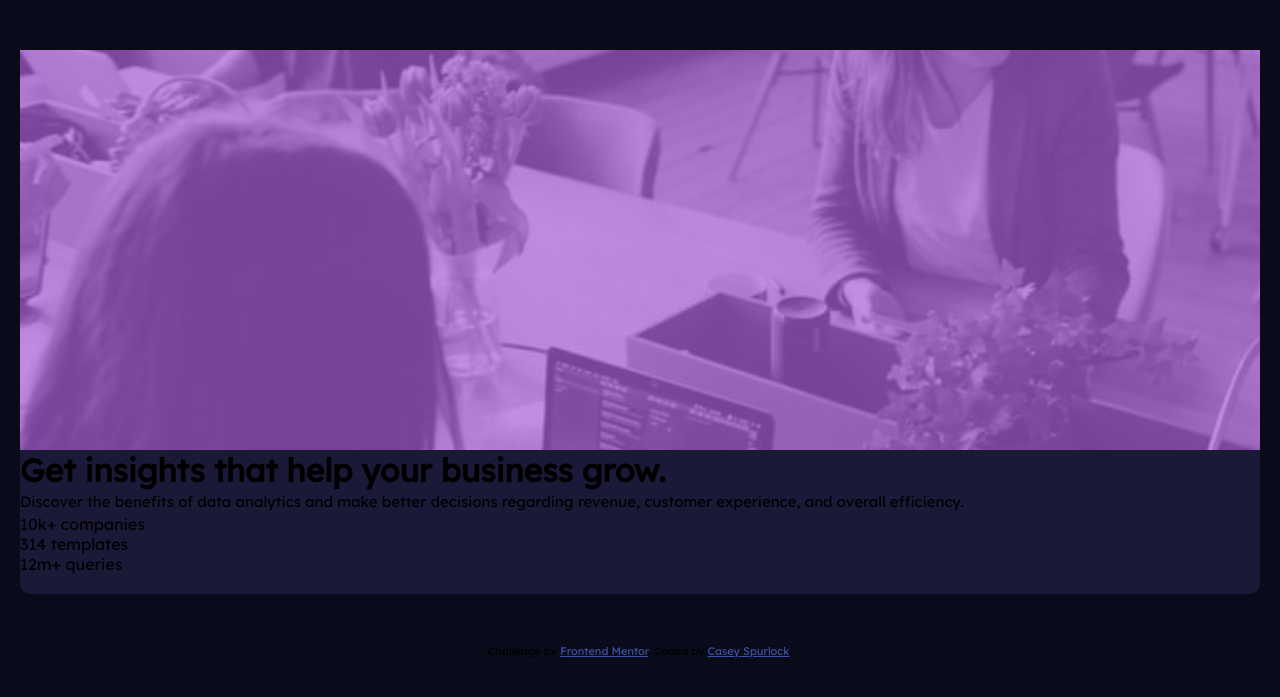
Repository: CaseySpurlock/stats-prewiew-component
Page: index.html
The author's editor kept a copy of each file at every save. The page is drawn from the files as they stood at one save, then again after the next save.
The browser window is 1280 px wide. The pictures show the whole page.

Above is the page before, as saved 2021-06-22 01:15:28.

After the next save:
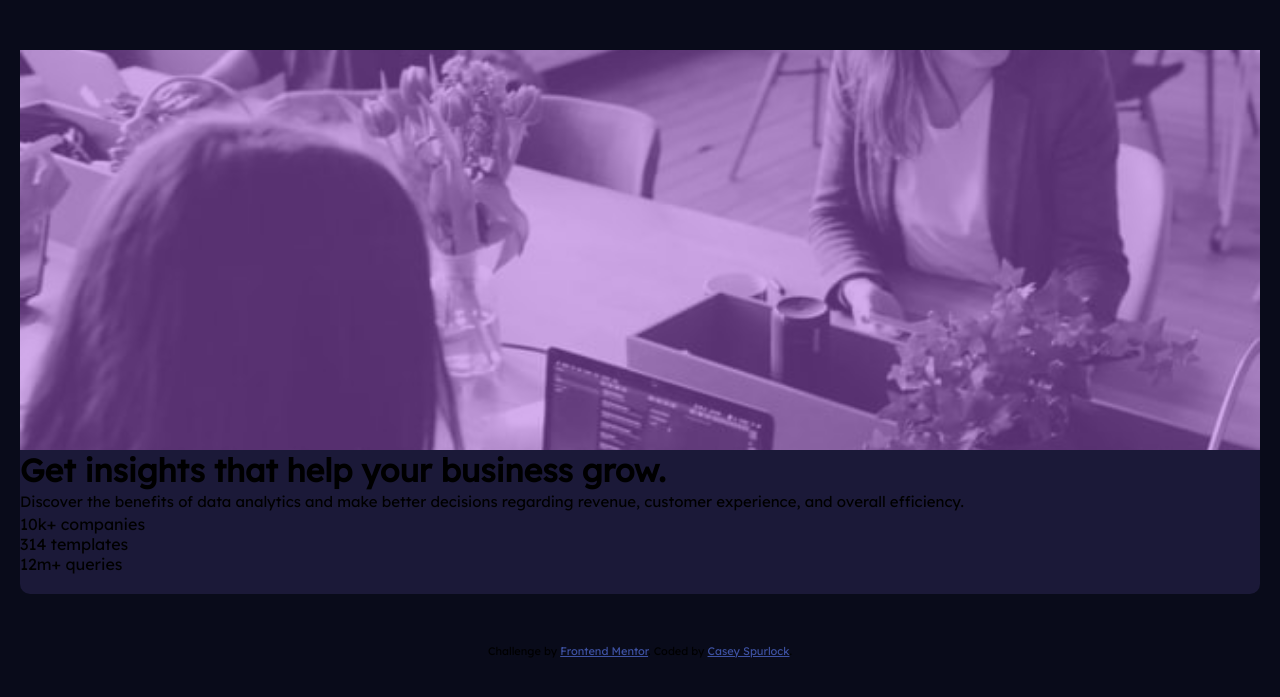
Saved 5 s later.
--- a/styles.css
+++ b/styles.css
@@ -45,7 +45,7 @@
 }
 
 .container .picture .overlay {
-    background-color: hsla(277, 64%, 61%, .7);
+    background-color: hsla(277, 64%, 61%, .5);
     height: 400px;
 }
 

After the save that followed:
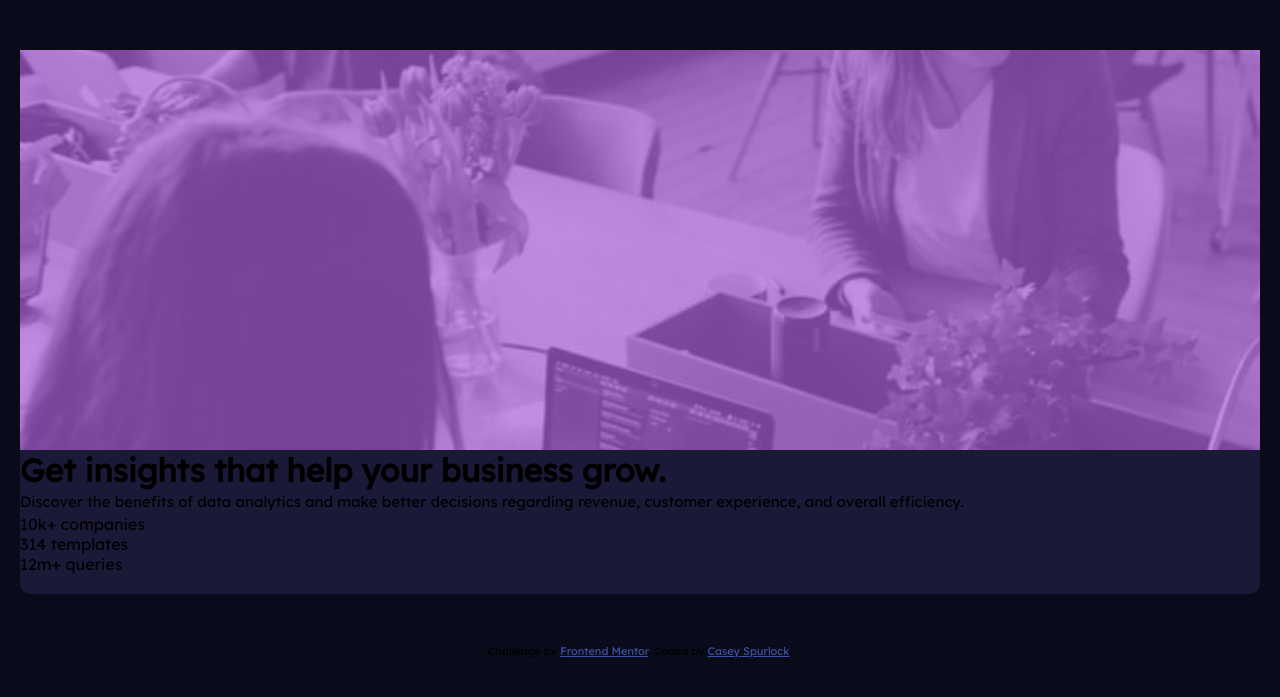
Saved 37 s later.
--- a/styles.css
+++ b/styles.css
@@ -45,7 +45,7 @@
 }
 
 .container .picture .overlay {
-    background-color: hsla(277, 64%, 61%, .5);
+    background-color: hsla(277, 64%, 61%, .7);
     height: 400px;
 }
 
